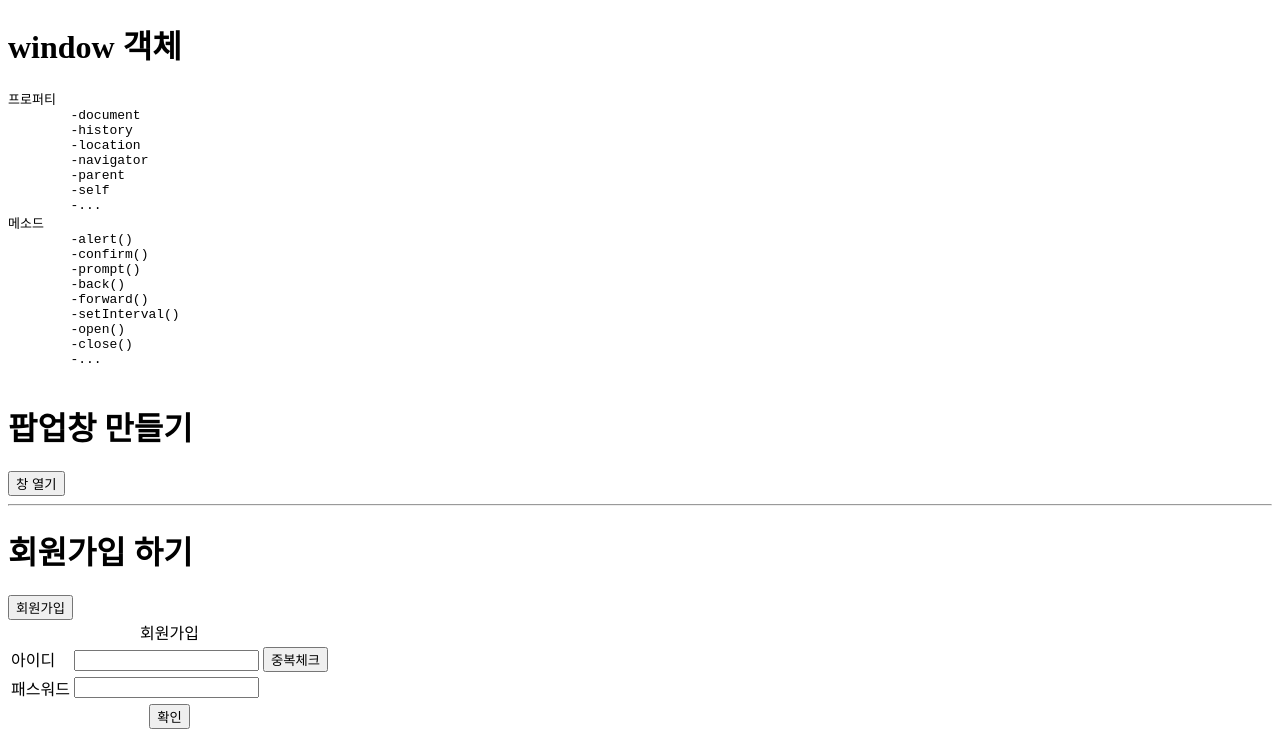
Repository: sunghyun-biblee/LearnSpace
Page: 4_UI/JS_Test/WebContent/js16_window01.html
The author's editor kept a copy of each file at every save. The page is drawn from the files as they stood at one save, then again after a run of saves.
The browser window is 1280 px wide. The pictures show the whole page.

Above is the page before, as saved 2023-10-26 02:51:26.

After the next 2 saves:
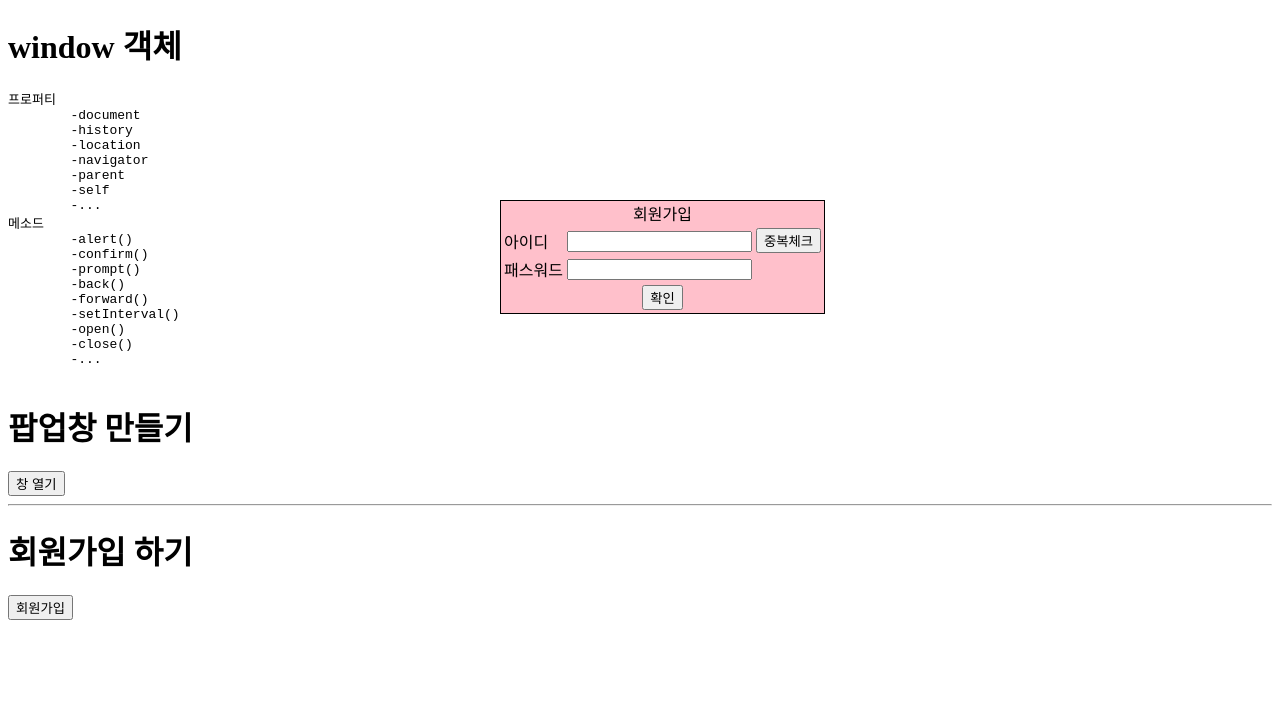
The 2 saves are shown as one change because they came seconds apart.
The last was saved 73 min 37 s later.
--- a/4_UI/JS_Test/WebContent/js16_window01.html
+++ b/4_UI/JS_Test/WebContent/js16_window01.html
@@ -3,6 +3,15 @@
 <head>
 <meta charset="UTF-8">
 <title>Insert title here</title>
+<style type="text/css">
+	#regist{
+		border : 1px solid black;
+		background: pink;
+		position : absolute;
+		top: 200px;
+		left:500px;
+	}
+</style>
 <script type="text/javascript">
 	function openWin(){
 		let url="js16_window02.html";
